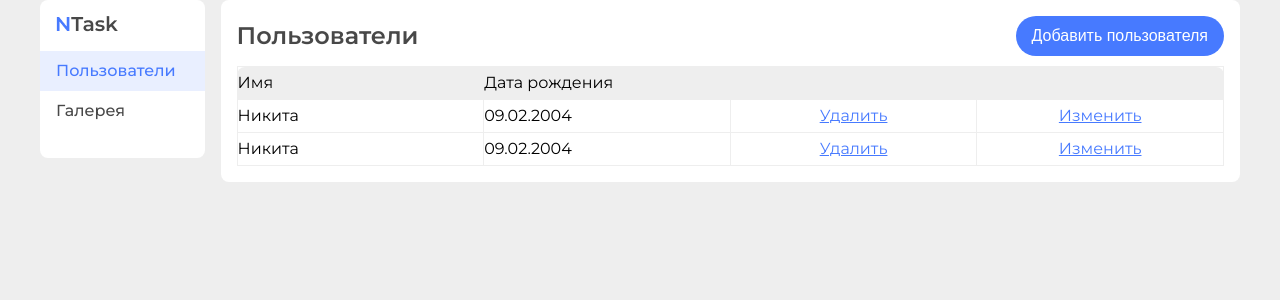
Repository: Grid-Master/NTask
Page: /
An editor plug-in stored every save of this project. The page is shown before and after the next save, followed by the edit.
The browser window is 1280 px wide. The pictures show the whole page.
The project was rebuilt for these pictures with package versions that can differ from the ones it lists, and the page was loaded fresh each time.

Above is the page before, as saved 2023-06-05 11:23:49.

After the next save:
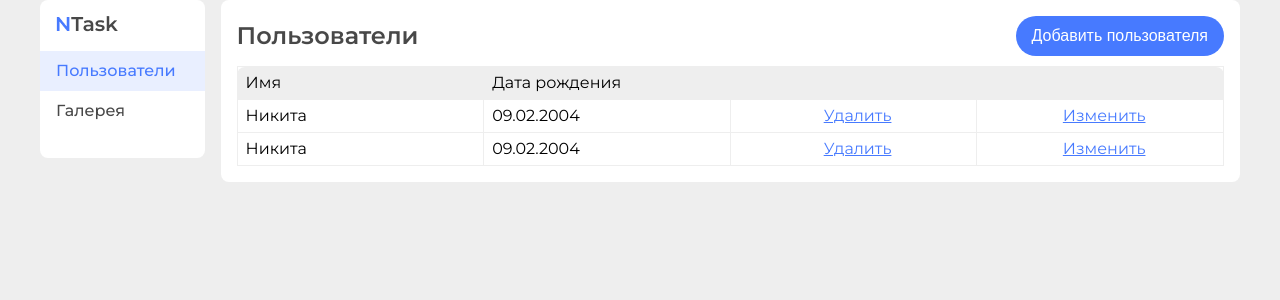
Saved 19 s later.
--- a/src/components/userList/userList.sass
+++ b/src/components/userList/userList.sass
@@ -30,11 +30,11 @@
         margin-top: 10px
         width: 100%
         td
-            padding-left: 8px
             border: 1px solid #EEEEEE
             width: 238px
             text-align: start
             padding: 8px 0
+            padding-left: 8px
         &-btn
             cursor: pointer
             text-decoration-line: underline
